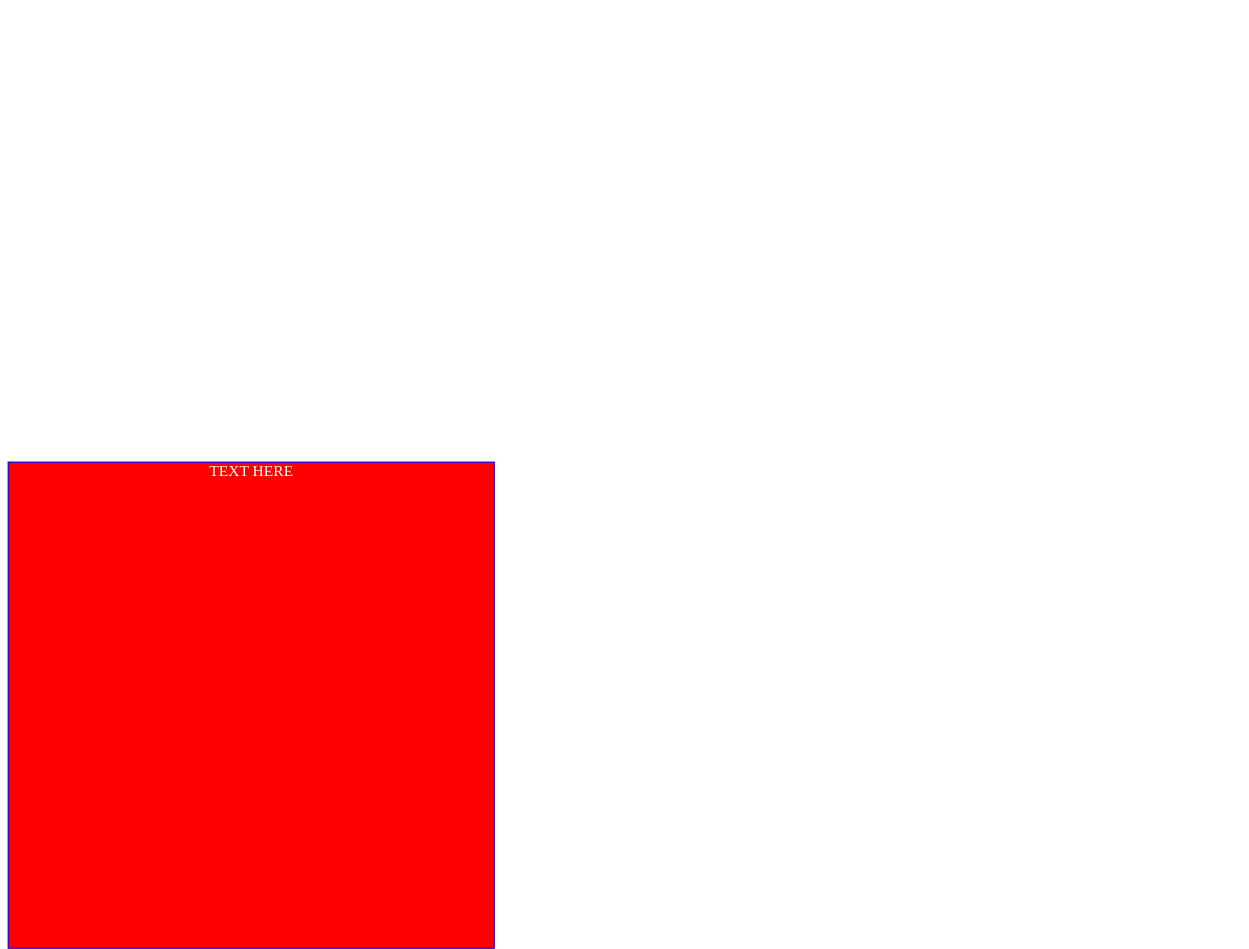
Repository: piyushiso/piyushiso.github.io
Page: random/daynight/index.html
These files come from the project's save history. The page is drawn as it stood at one moment and after a run of saves; the edit follows.
The browser window is 1280 px wide. The page is 1288 px wide, so the pictures cover 1288 px, including what lies to the right of the window. The pictures show the whole page, at 97% of full size.

Above is the page before, as saved 2022-05-23 16:06:15.

### random/daynight/index.html
<html lang="en">
<head>
    <meta charset="UTF-8">
    <meta http-equiv="X-UA-Compatible" content="IE=edge">
    <meta name="viewport" content="width=device-width, initial-scale=1.0">
    <link href="styles/style.css" rel="stylesheet" />
    <title>Document</title>
</head>
<body>
    <div>
        TEXT HERE
    </div>
</body>
</html>

### random/daynight/styles/style.css
body{
    height: 100%;
    width: 100%;
    overflow: hidden;
    position: relative;
    top: 0;
    left: 0;
}

body div{
    background: red;
    height: 500px;
    width: 500px;
    border: solid thin blue;
    position: absolute;
    bottom: -250px;
    text-align: center;
    color: white;
}

After the next 2 saves:
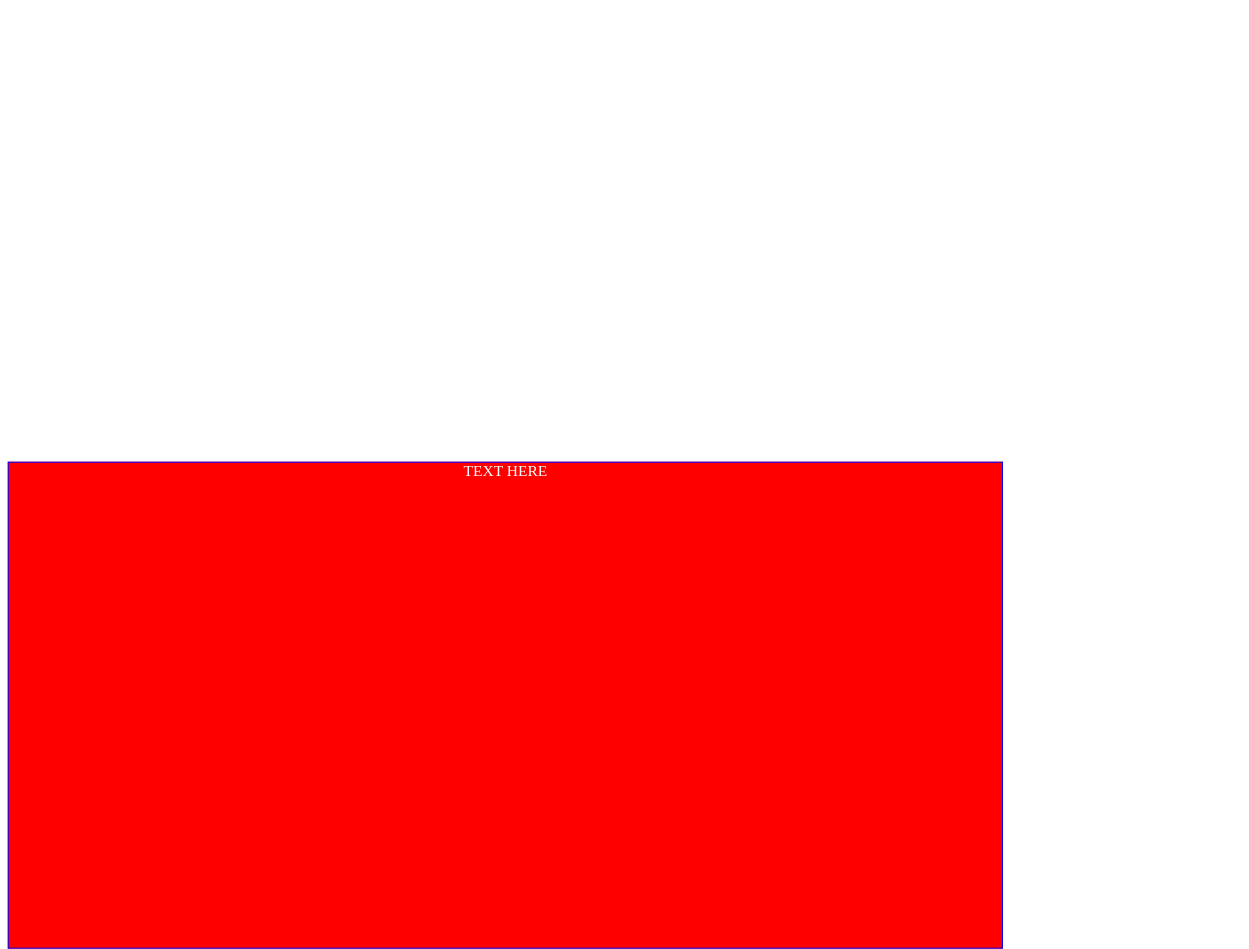
The 2 saves are shown as one change because they came seconds apart.
The last was saved 11 s later.
--- a/random/daynight/styles/style.css
+++ b/random/daynight/styles/style.css
@@ -10,7 +10,7 @@
 body div{
     background: red;
     height: 500px;
-    width: 500px;
+    width: 80%;
     border: solid thin blue;
     position: absolute;
     bottom: -250px;
